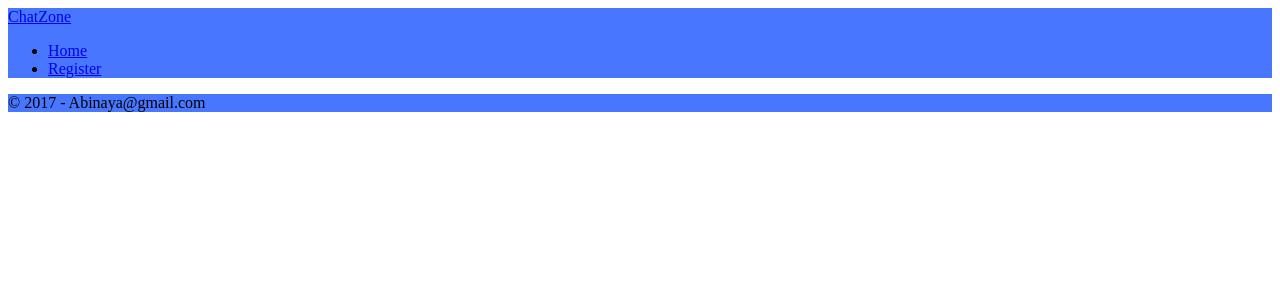
Repository: Abinayasivapraba/ChatProject
Page: FireChat/WebContent/Home/Header.html
An editor plug-in stored every save of this project. The page is shown before and after the next save, followed by the edit.
The browser window is 1280 px wide. The pictures show the whole page.

Above is the page before, as saved 2017-08-13 06:07:00.

After the next save:
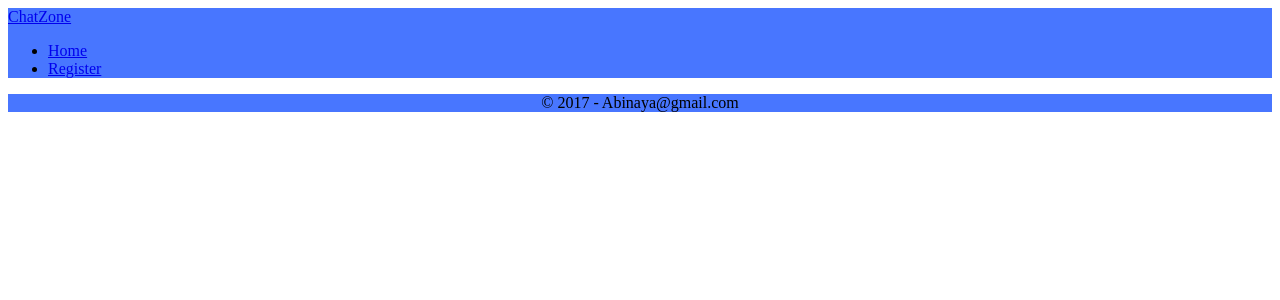
Saved 112 s later.
--- a/FireChat/WebContent/Home/Header.html
+++ b/FireChat/WebContent/Home/Header.html
@@ -29,7 +29,7 @@
 
 <div class="navbar navbar-inverse navbar-fixed-bottom" style="background-color: #4876FF;">
         <div class="container">
-            <p class="navbar-text pull-left">© 2017 - Abinaya@gmail.com </p>
+            <p class="navbar-text pull-left"><center>© 2017 - Abinaya@gmail.com</center> </p>
         </div>
     </div>
     </div>
